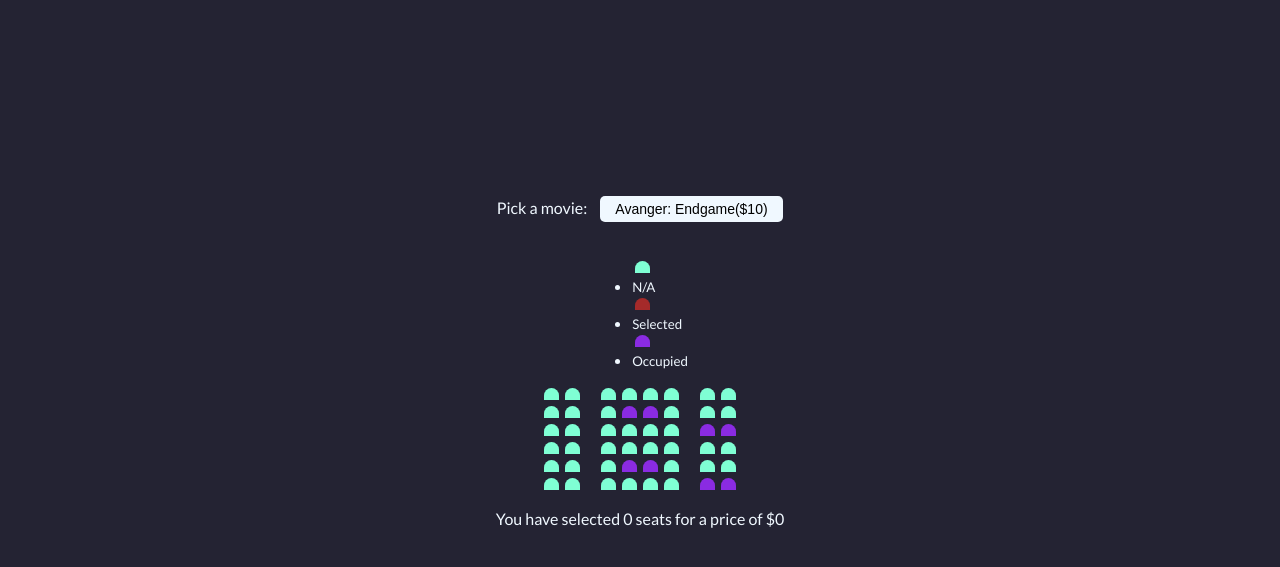
Repository: atko87/Movie-seat-Booking
Page: index.html
An editor plug-in stored every save of this project. The page is shown before and after the next save, followed by the edit.
The browser window is 1280 px wide. The pictures show the whole page.

Above is the page before, as saved 2020-03-08 14:02:01.

### index.html
<!DOCTYPE html>
<html lang="en">
  <head>
    <meta charset="UTF-8" />
    <meta name="viewport" content="width=device-width, initial-scale=1.0" />
    <link rel="stylesheet" href="style.css" />
    <title>Movie Seat Booking</title>
  </head>
  <body>
    <div class="movie-container">
      <label>Pick a movie:</label>
      <select id="movie">
        <option value="10">Avanger: Endgame($10)</option>
        <option value="12">Joker ($12)</option>
        <option value="8">Neretva($15)</option>
        <option value="9">Delfina ($20)</option>
      </select>
    </div>

    <ul class="showcase">
      <li>
        <div class="seat"></div>
        <small>N/A</small>
      </li>
      <li>
        <div class="seat selected"></div>
        <small>Selected</small>
      </li>
      <li>
        <div class="seat occupied"></div>
        <small>Occupied</small>
      </li>
    </ul>

    <div class="container">
      <div class="screen"></div>
      <div class="row">
        <div class="seat"></div>
        <div class="seat"></div>
        <div class="seat"></div>
        <div class="seat"></div>
        <div class="seat"></div>
        <div class="seat"></div>
        <div class="seat"></div>
        <div class="seat"></div>
      </div>
      <div class="row">
        <div class="seat"></div>
        <div class="seat"></div>
        <div class="seat"></div>
        <div class="seat occupied"></div>
        <div class="seat occupied"></div>
        <div class="seat"></div>
        <div class="seat"></div>
        <div class="seat"></div>
      </div>
      <div class="row">
        <div class="seat"></div>
        <div class="seat"></div>
        <div class="seat"></div>
        <div class="seat"></div>
        <div class="seat"></div>
        <div class="seat"></div>
        <div class="seat occupied"></div>
        <div class="seat occupied"></div>
      </div>
      <div class="row">
        <div class="seat"></div>
        <div class="seat"></div>
        <div class="seat"></div>
        <div class="seat"></div>
        <div class="seat"></div>
        <div class="seat"></div>
        <div class="seat"></div>
        <div class="seat"></div>
      </div>
      <div class="row">
        <div class="seat"></div>
        <div class="seat"></div>
        <div class="seat"></div>
        <div class="seat occupied"></div>
        <div class="seat occupied"></div>
        <div class="seat"></div>
        <div class="seat"></div>
        <div class="seat"></div>
      </div>
      <div class="row">
        <div class="seat"></div>
        <div class="seat"></div>
        <div class="seat"></div>
        <div class="seat"></div>
        <div class="seat"></div>
        <div class="seat"></div>
        <div class="seat occupied"></div>
        <div class="seat occupied"></div>
      </div>
    </div>
    <p class="text">
      You have selected <span id="count">0 </span>seats for a price of $<span
        id="total"
        >0</span
      >
    </p>
    <script src="script.js"></script>
  </body>
</html>

### style.css
@import url("https://fonts.googleapis.com/css?family=Lato&display=swap");

* {
  box-sizing: border-box;
}

body {
  background-color: #242333;
  color: aliceblue;
  display: flex;
  flex-direction: column;
  align-items: center;
  justify-content: center;
  height: 100vh;
  font-family: "Lato", sans-serif;
  margin: 0;
}

.movie-container {
  margin: 20px 0;
}

.movie-container select {
  background-color: aliceblue;
  border: 0;
  border-radius: 5px;
  font-size: 14px;
  margin-left: 10px;
  padding: 5px 15px 5px 15px;
  -moz-appearance: none;
  -webkit-appearance: none;
  appearance: none;
}
.seat {
  background-color: aquamarine;
  height: 12px;
  width: 15px;
  margin: 3px;
  border-top-left-radius: 10px;
  border-top-right-radius: 10px;
}
.seat.selected {
  background-color: brown;
}
.seat.occupied {
  background-color: blueviolet;
}
.seat:nth-of-type(2) {
  margin-right: 18px;
}
.seat:nth-last-of-type(2) {
  margin-left: 18px;
}
.seat:not(.occupied):hover {
  cursor: pointer;
  transform: scale(1.2);
}
.showcase.seat:not(.occupied):hover {
  cursor: default;
  transform: scale(1);
}
.row {
  display: flex;
}

Loaded but not shown: script.js (no copy from this time; the picture is the same without it)

After the next save:
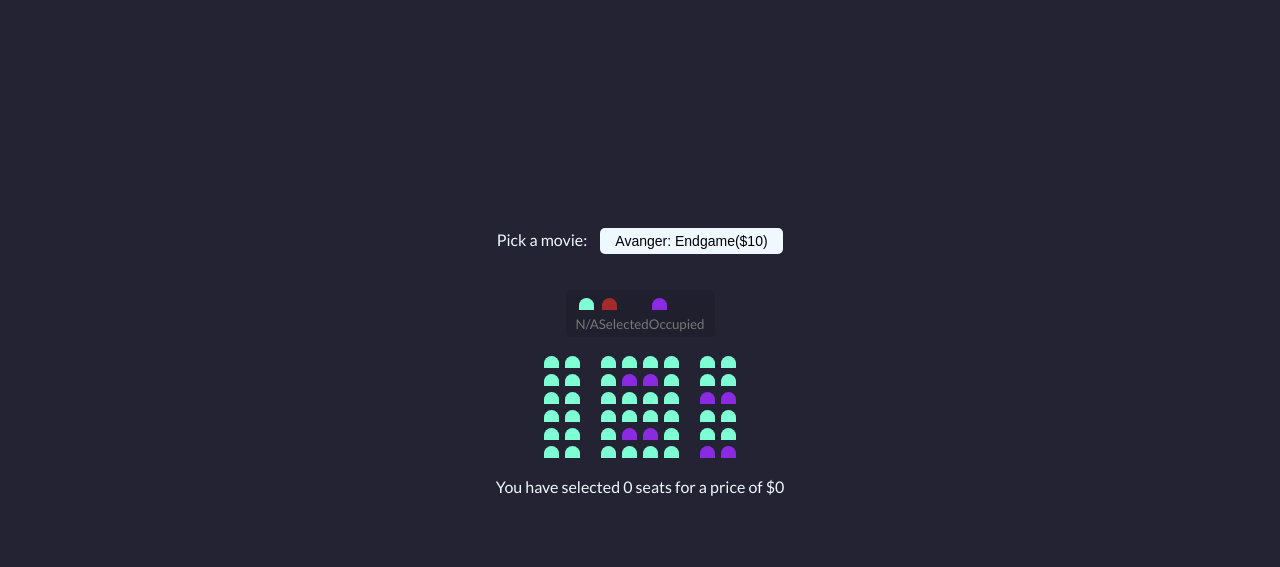
Saved 2 min 36 s later.
--- a/style.css
+++ b/style.css
@@ -59,6 +59,15 @@
   cursor: default;
   transform: scale(1);
 }
+.showcase {
+  background-color: rgba(0, 0, 0, 0.1);
+  padding: 5px 10px;
+  border-radius: 5px;
+  color: #777;
+  list-style-type: none;
+  display: flex;
+  justify-content: space-between;
+}
 .row {
   display: flex;
 }
